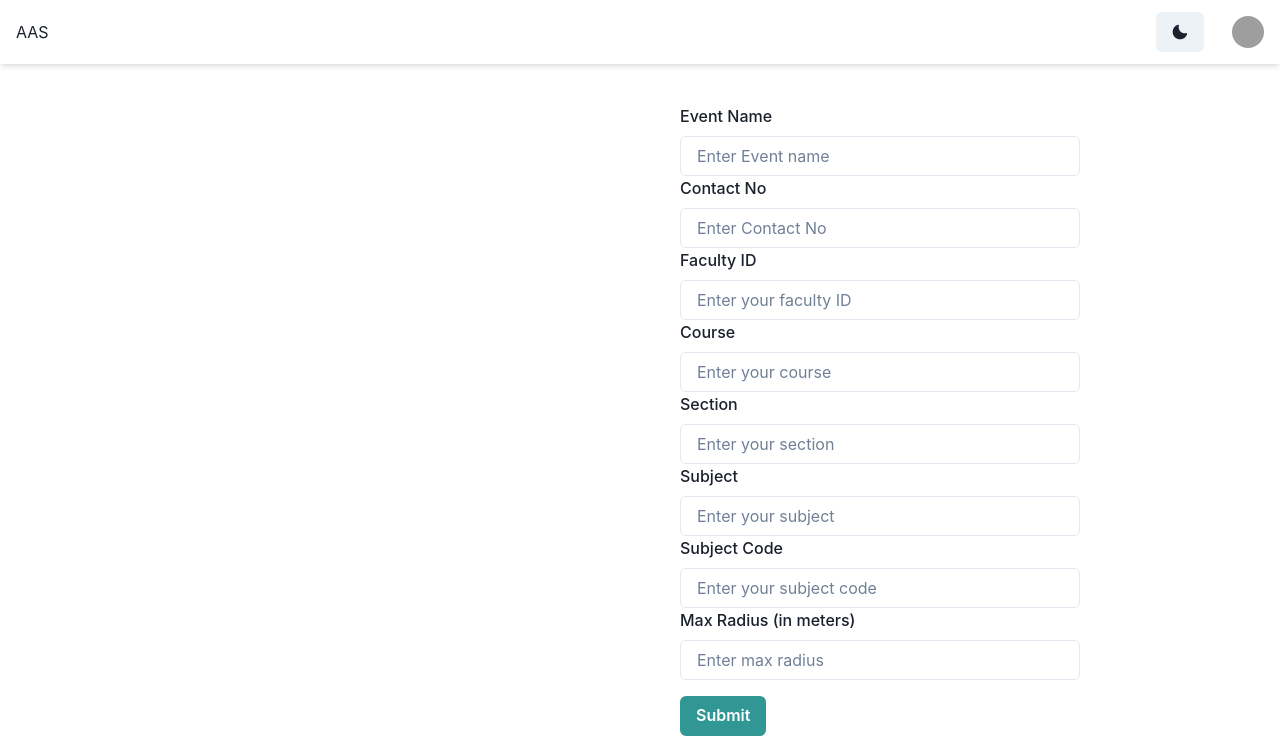
Repository: shash0708/attendence
Page: /form
These files come from the project's save history. The page is drawn as it stood at one moment and after the next save; the edit follows.
The browser window is 1280 px wide. The pictures show the whole page.
Pictures or frames that could not be fetched are drawn as grey boxes. The project was rebuilt for these pictures with package versions that can differ from the ones it lists, and the page was loaded fresh each time. Also part of the build but not shown: src/App.css, src/components/Button/Button.component.jsx, src/components/Login/Login.component.jsx, src/components/homeProp/HomeProp.styles.scss, src/components/homeProp/HomeProp.component.jsx, src/routes/Home/Home.styles.scss, src/routes/Home/Home.component.jsx, src/components/Signup/Signup.component.jsx and 1 more.

Above is the page before, as saved 2024-04-23 19:04:13.

### src/index.js
import React from 'react';
import ReactDOM from 'react-dom/client';
import './index.css';
import App from './App';
import reportWebVitals from './reportWebVitals';
import { BrowserRouter } from 'react-router-dom';
import { ChakraProvider } from '@chakra-ui/react'

const root = ReactDOM.createRoot(document.getElementById('root'));
root.render(
  <React.StrictMode>
  <BrowserRouter>
<ChakraProvider>
    <App />
    </ChakraProvider>
    </BrowserRouter>

  </React.StrictMode>
);

// If you want to start measuring performance in your app, pass a function
// to log results (for example: reportWebVitals(console.log))
// or send to an analytics endpoint. Learn more: https://bit.ly/CRA-vitals
reportWebVitals();

### src/App.js
import './App.css';
import Home from './routes/Home/Home.component.jsx'
import { Routes,Route} from 'react-router-dom';
import Authentication from './routes/Authentication/Authentication.component';
import Form from './components/Form/From.component.jsx';

function App() {
  return (
    <Routes>
    <Route index element={<Home/>}/>

    <Route path='auth' element={<Authentication/>}/>
    <Route path='form' element={<Form/>}/>
    </Routes>
  );
}

export default App;

### src/components/Form/From.component.jsx
import { useForm } from 'react-hook-form'
import {
  FormErrorMessage,
  FormLabel,
  FormControl,
  Input,
  Button,
  Box,
} from '@chakra-ui/react'
import Nav from '../Navbar/Navbar.component'
import { Fragment,Outlet } from 'react'
export default function Form() {
  const {
    handleSubmit,
    register,
    formState: { errors, isSubmitting },
  } = useForm()

  function onSubmit(values) {
    return new Promise((resolve) => {
      setTimeout(() => {
        alert(JSON.stringify(values, null, 2))
        resolve()
      }, 3000)
    })
  }

  return (
    <Fragment>
    <div>
    <Nav/>
    </div>
    <Box width="400px" marginRight="200" marginTop='10' marginLeft="auto">
    <form onSubmit={handleSubmit(onSubmit)}>
    <FormControl isInvalid={errors.firstName}>
      <FormLabel htmlFor='firstName'>Event Name</FormLabel>
      <Input
        id='firstName'
        placeholder='Enter Event name'
        {...register('firstName', {
          required: 'This field is required',
          minLength: { value: 4, message: 'Minimum length should be 4' },
        })}
      />
      <FormErrorMessage>
        {errors.firstName && errors.firstName.message}
      </FormErrorMessage>
    </FormControl>

    <FormControl isInvalid={errors.phone}>
    <FormLabel htmlFor='phone'>Contact No</FormLabel>
    <Input
      id='phone'
      type='tel' // Changed from 'phone' to 'tel'
      placeholder='Enter Contact No'
      {...register('phone', {
        required: 'This field is required',
        pattern: {
          value: /^[0-9]{10}$/, // Adjusted pattern for phone numbers
          message: 'Invalid phone number',
        },
      })}
    />
    <FormErrorMessage>
      {errors.phone && errors.phone.message} {/* Fixed typo here */}
    </FormErrorMessage>
  </FormControl>

    <FormControl isInvalid={errors.facultyId}>
      <FormLabel htmlFor='facultyId'>Faculty ID</FormLabel>
      <Input
        id='facultyId'
        placeholder='Enter your faculty ID'
        {...register('facultyId', {
          required: 'This field is required',
          minLength: { value: 4, message: 'Minimum length should be 4' },
        })}
      />
      <FormErrorMessage>
        {errors.facultyId && errors.facultyId.message}
      </FormErrorMessage>
    </FormControl>
    <FormControl isInvalid={errors.course}>
      <FormLabel htmlFor='course'>Course</FormLabel>
      <Input
        id='course'
        placeholder='Enter your course'
        {...register('course', {
          required: 'This field is required',
          minLength: { value: 4, message: 'Minimum length should be 4' },
        })}
      />
      <FormErrorMessage>
        {errors.course && errors.course.message}
      </FormErrorMessage>
    </FormControl>
    <FormControl isInvalid={errors.section}>
      <FormLabel htmlFor='section'>Section</FormLabel>
      <Input
        id='section'
        placeholder='Enter your section'
        {...register('section', {
          required: 'This field is required',
          minLength: { value: 4, message: 'Minimum length should be 4' },
        })}
      />
      <FormErrorMessage>
        {errors.section && errors.section.message}
      </FormErrorMessage>
    </FormControl>
    <FormControl isInvalid={errors.subject}>
      <FormLabel htmlFor='subject'>Subject</FormLabel>
      <Input
        id='subject'
        placeholder='Enter your subject'
        {...register('subject', {
          required: 'This field is required',
          minLength: { value: 4, message: 'Minimum length should be 4' },
        })}
      />
      <FormErrorMessage>
        {errors.subject && errors.subject.message}
      </FormErrorMessage>
    </FormControl>
    <FormControl isInvalid={errors.subjectCode}>
      <FormLabel htmlFor='subjectCode'>Subject Code</FormLabel>
      <Input
        id='subjectCode'
        placeholder='Enter your subject code'
        {...register('subjectCode', {
          required: 'This field is required',
          minLength: { value: 4, message: 'Minimum length should be 4' },
        })}
      />
      <FormErrorMessage>
        {errors.subjectCode && errors.subjectCode.message}
      </FormErrorMessage>
    </FormControl>
    <FormControl isInvalid={errors.maxRadius}>
      <FormLabel htmlFor='maxRadius'>Max Radius (in meters)</FormLabel>
      <Input
        id='maxRadius'
        placeholder='Enter max radius'
        type='number'
        {...register('maxRadius', {
          required: 'This field is required',
          minLength: { value: 4, message: 'Minimum length should be 4' },
        })}
      />
      <FormErrorMessage>
        {errors.maxRadius && errors.maxRadius.message}
      </FormErrorMessage>
    </FormControl>
    <Button mt={4} colorScheme='teal' isLoading={isSubmitting} type='submit'>
      Submit
    </Button>
  </form>
    </Box>
    </Fragment>
  )
}

### client/src/components/Navbar/Navbar.component.jsx
'use client'

import {
  Box,
  Flex,
  Avatar,
  Text,
  Button,
  Menu,
  MenuButton,
  MenuList,
  MenuItem,
  MenuDivider,
  useDisclosure,
  useColorModeValue,
  Stack,
  useColorMode,
  Center,
} from '@chakra-ui/react'
import { MoonIcon, SunIcon } from '@chakra-ui/icons'
import { Link, Outlet } from 'react-router-dom';

const NavLink = (props) => {
  const { children } = props

  return (
    <Box
      as="a"
      px={2}
      py={1}
      rounded={'md'}
      _hover={{
        textDecoration: 'none',
        bg: useColorModeValue('gray.200', 'gray.700'),
      }}
      href={'#'}>
      {children}
    </Box>
  )
}

export default function Nav() {
  const { colorMode, toggleColorMode } = useColorMode();
  const { isOpen, onOpen, onClose } = useDisclosure();
  return (
    <div>
      <Box

        px={4}
        shadow="md"
        style={{ backdropFilter: 'blur(10px)' }} // Adds blur effect to the background
      >
        <Flex h={16} alignItems={'center'} justifyContent={'space-between'}>
          <Box>
          <Link to="/">AAS</Link>

          </Box>

          <Flex alignItems={'center'}>
            <Stack direction={'row'} spacing={7}>
              <Button onClick={toggleColorMode}>
                {colorMode === 'light' ? <MoonIcon /> : <SunIcon />}
              </Button>

              <Menu>
                <MenuButton
                  as={Button}
                  rounded={'full'}
                  variant={'link'}
                  cursor={'pointer'}
                  minW={0}>
                  <Avatar
                    size={'sm'}
                    src={'https://avatars.dicebear.com/api/male/username.svg'}
                  />
                </MenuButton>
                <MenuList alignItems={'center'} shadow="lg">
                  <br />
                  <Center>
                    <Avatar
                      size={'2xl'}
                      src={'https://avatars.dicebear.com/api/male/username.svg'}
                    />
                  </Center>
                  <br />
                  <Center>
                    <p>Username</p>
                  </Center>
                  <br />
                  <MenuDivider />
                  <MenuItem>Your Servers</MenuItem>
                  <MenuItem>Account Settings</MenuItem>
                  <MenuItem>Logout</MenuItem>
                </MenuList>
              </Menu>
            </Stack>
          </Flex>
        </Flex>
      </Box>
      <Outlet />
    </div>
  );
}

Loaded but not shown: public/index.html (common file); src/index.css (common file); src/reportWebVitals.js (common file)

After the next save:
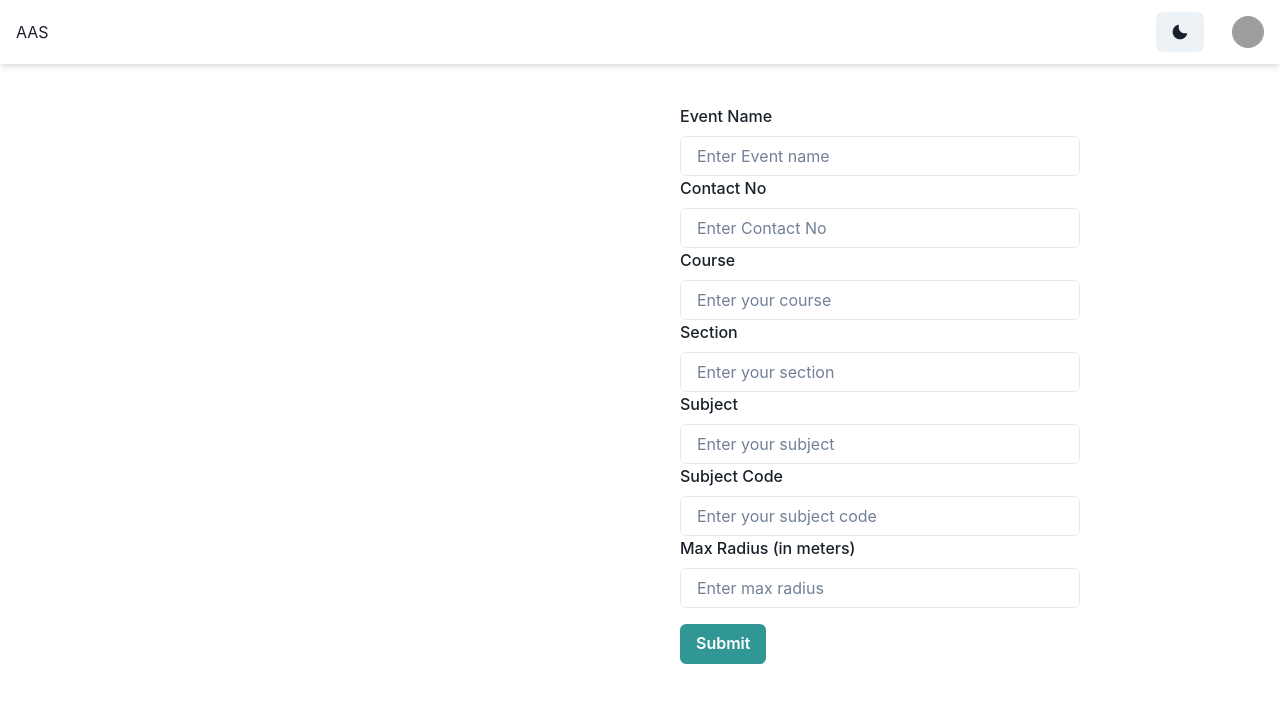
Saved 9 s later.
--- a/src/components/Form/From.component.jsx
+++ b/src/components/Form/From.component.jsx
@@ -66,20 +66,7 @@ export default function Form() {
     </FormErrorMessage>
   </FormControl>
 
-    <FormControl isInvalid={errors.facultyId}>
-      <FormLabel htmlFor='facultyId'>Faculty ID</FormLabel>
-      <Input
-        id='facultyId'
-        placeholder='Enter your faculty ID'
-        {...register('facultyId', {
-          required: 'This field is required',
-          minLength: { value: 4, message: 'Minimum length should be 4' },
-        })}
-      />
-      <FormErrorMessage>
-        {errors.facultyId && errors.facultyId.message}
-      </FormErrorMessage>
-    </FormControl>
+
     <FormControl isInvalid={errors.course}>
       <FormLabel htmlFor='course'>Course</FormLabel>
       <Input
